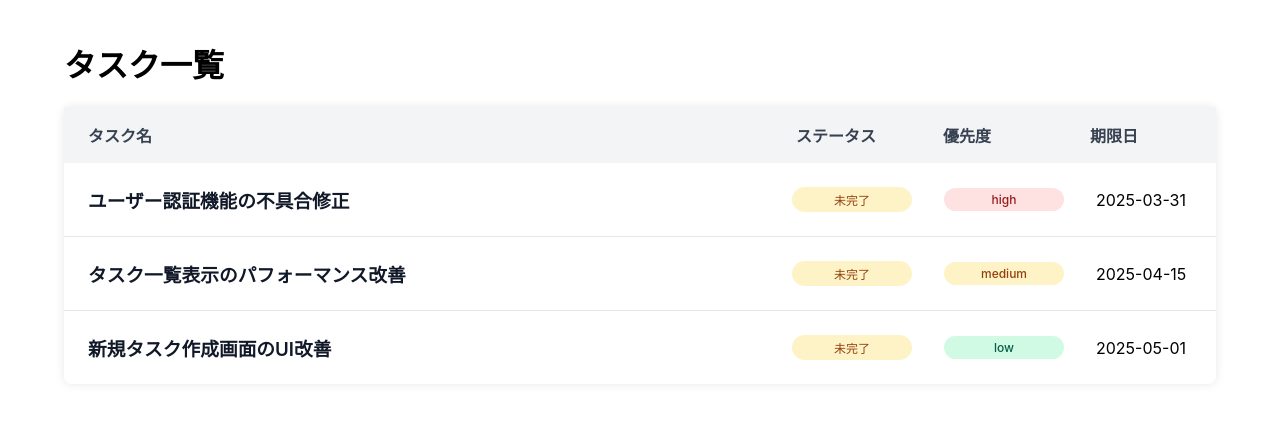
Repository: s1ros75/react-task-app
Page: /tasks
The author's editor kept a copy of each file at every save. The page is drawn from the files as they stood at one save, then again after a run of saves.
The browser window is 1280 px wide. The pictures show the whole page.
The project was rebuilt for these pictures with package versions that can differ from the ones it lists, and the page was loaded fresh each time. Also part of the build but not shown: vite.config.ts, src/styles/home.module.css, src/pages/home/index.tsx, src/features/tasks/hooks/getTaskById.ts, src/features/tasks/styles/taskDetail.module.css, src/features/tasks/components/TaskDetail.tsx, src/features/tasks/containers/TaskDetailContainer.tsx, src/pages/tasks/taskDetailPage.tsx and 5 more.

Above is the page before, as saved 2026-01-17 22:14:04.

After the next 2 saves:
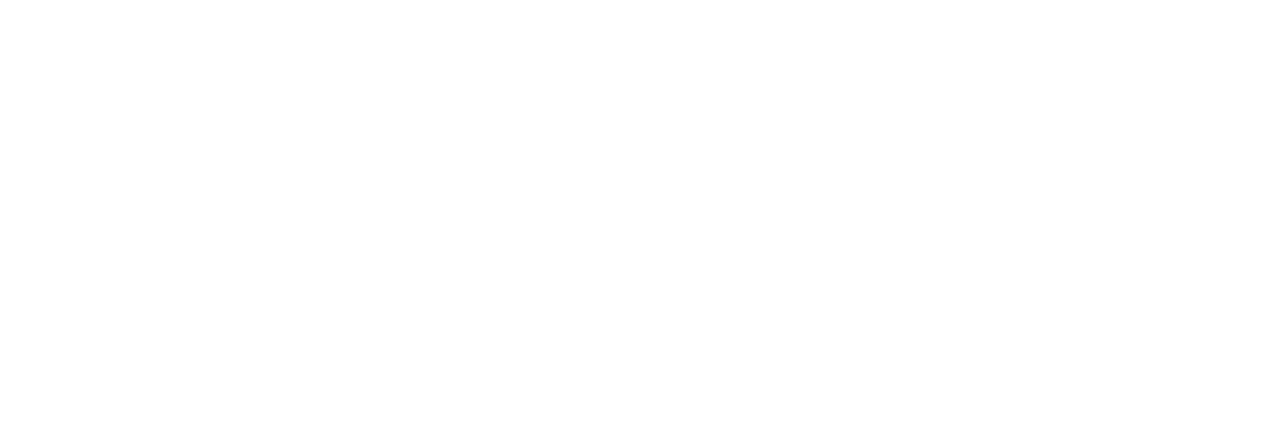
Console error: ReferenceError: Link is not defined
The 2 saves are shown as one change because they came seconds apart.
The last was saved 2 min 7 s later.
--- a/src/features/tasks/containers/TaskListContainer.tsx
+++ b/src/features/tasks/containers/TaskListContainer.tsx
@@ -19,6 +19,9 @@
     <div className={styles.container}>
       <h1>タスク一覧</h1>
       <div className={styles.taskListHeader}></div>
+      <Link to="/tasks/new" className={styles.newTaskLink}>
+        新規作成
+      </Link>
       <div className={styles.tableContainer}>
         <div className={styles.header}>
           <div>タスク名</div>

After the 4 saves that followed:
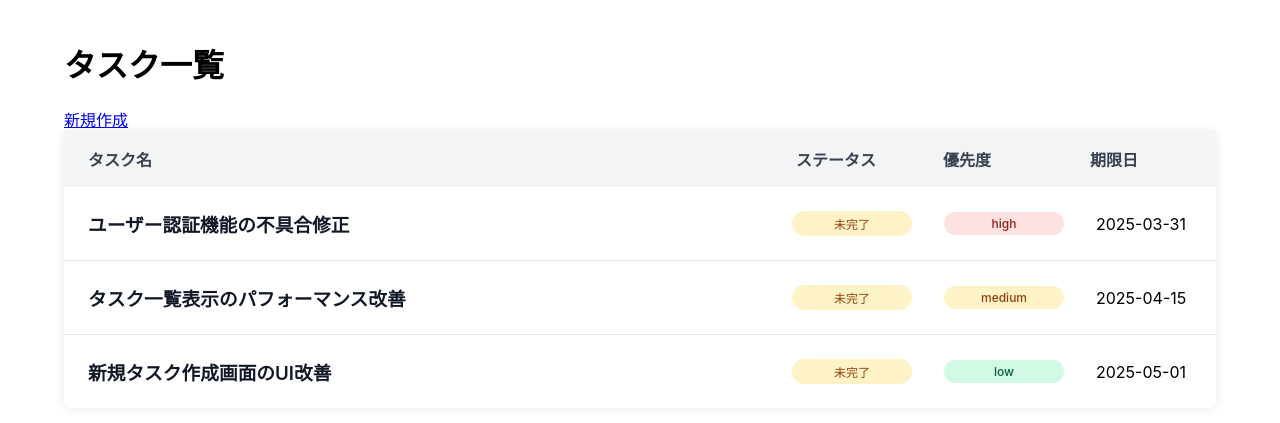
The error is gone.
The 4 saves are shown as one change because 1 left the picture as it was and some came seconds apart.
The last was saved 87 s later.
--- a/src/features/tasks/containers/TaskListContainer.tsx
+++ b/src/features/tasks/containers/TaskListContainer.tsx
@@ -3,6 +3,14 @@
 import type { Task } from "../../../types/task";
 import TaskCard from "../components/TaskCard";
 import styles from "../styles/TaskListContainer.module.css";
+
+
+import { useEffect, useState } from "react";
+import { getTasks } from "../hooks/getTasks";
+import { Task } from "../../../types/task";
+import TaskCard from "../components/TaskCard";
+import styles from "../styles/TaskListContainer.module.css";
+import { Link } from "react-router-dom";
 
 export default function TaskListContainer() {
   const [tasks, setTasks] = useState<Task[]>([]);
@@ -18,10 +26,12 @@
   return (
     <div className={styles.container}>
       <h1>タスク一覧</h1>
-      <div className={styles.taskListHeader}></div>
-      <Link to="/tasks/new" className={styles.newTaskLink}>
-        新規作成
-      </Link>
+      <div className={styles.taskListHeader}>
+        <Link to="/tasks/new" className={styles.newTaskLink}>
+          新規作成
+        </Link>
+      </div>
+
       <div className={styles.tableContainer}>
         <div className={styles.header}>
           <div>タスク名</div>
